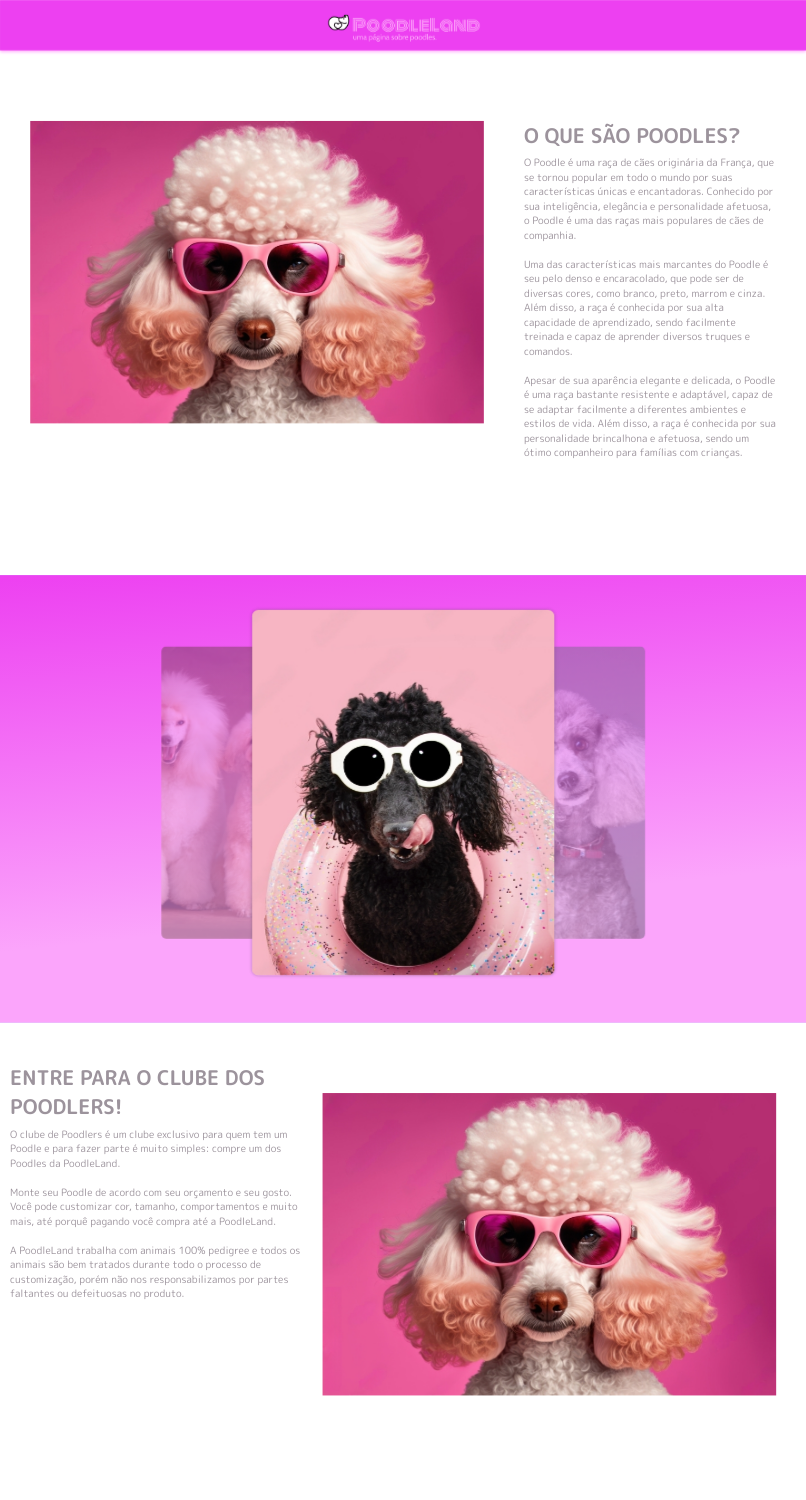
Repository: vinibalt/PoodleLand
Page: poddlelandia.html
An editor plug-in stored every save of this project. The page is shown before and after the next save, followed by the edit.
The browser window is 1280 px wide. The pictures show the whole page, at 63% of full size.

Above is the page before, as saved 2023-05-12 22:09:49.

### poddlelandia.html
<!DOCTYPE html>
<html lang="en">

<head>
    <meta charset="UTF-8">
    <meta http-equiv="X-UA-Compatible" content="IE=edge">
    <meta name="viewport" content="width=device-width, initial-scale=1.0">
    <link rel="stylesheet" href="./assets/css/styles.css">
    <title> PoodleLand </title>
</head>

<body>
    <header class="header">
        <div class="content">
            <img src="./assets/img/logo-poodleland.png" alt="" height="60px">
        </div>
    </header>

    <section class="section-one row">
        <div class="img-one">
            <img src="./assets/img/poddle-lindo.jpeg" alt="" height="480px">
        </div>

        <div class="text-one">
            <h1>O QUE SÃO POODLES?</h1>
            <p>
                O Poodle é uma raça de cães originária da França, que se tornou popular em todo o mundo por suas
                características únicas e encantadoras. Conhecido por sua inteligência, elegância e personalidade
                afetuosa, o Poodle é uma das raças mais populares de cães de companhia. <br><br>
                Uma das características mais marcantes do Poodle é seu pelo denso e encaracolado, que pode ser de
                diversas cores, como branco, preto, marrom e cinza. Além disso, a raça é conhecida por sua alta
                capacidade de aprendizado, sendo facilmente treinada e capaz de aprender diversos truques e comandos.
                <br><br>
                Apesar de sua aparência elegante e delicada, o Poodle é uma raça bastante resistente e adaptável, capaz
                de se adaptar facilmente a diferentes ambientes e estilos de vida. Além disso, a raça é conhecida por
                sua personalidade brincalhona e afetuosa, sendo um ótimo companheiro para famílias com crianças.
                <br><br>

            </p>
        </div>
    </section>

    <section class="section-carousel">

        <div class="container">
            <input type="radio" name="slider" id="item-1" checked>
            <input type="radio" name="slider" id="item-2">
            <input type="radio" name="slider" id="item-3">
          <div class="cards">
            <label class="card" for="item-1" id="song-1">
              <img class="img-carousel" src="./assets/img/poodle-praiano.jpeg" alt="song">
            </label>
            <label class="card" for="item-2" id="song-2">
              <img class="img-carousel" src="./assets/img/poodle-cinza-transformed.jpeg" alt="song">
            </label>
            <label class="card" for="item-3" id="song-3">
              <img class="img-carousel" src="./assets/img/poodle-varias-cores-transformed.jpeg" alt="song">
            </label>
          </div>
        </div>

    </section>

    <section class="section-two row">
        <div class="text-two">
            <h1>ENTRE PARA O CLUBE DOS POODLERS!</h1>
            <p>
                O clube de Poodlers é um clube exclusivo para quem tem um Poodle e para fazer parte é muito simples:
                compre um dos Poodles da PoodleLand. <br><br>
                Monte seu Poodle de acordo com seu orçamento e seu gosto. Você pode customizar cor, tamanho, comportamentos
                e muito mais, até porquê pagando você compra até a PoodleLand.
                <br><br>
                A PoodleLand trabalha com animais 100% pedigree e todos os animais são bem tratados durante todo o processo
                de customização, porém não nos responsabilizamos por partes faltantes ou defeituosas no produto.
                <br><br>

            </p>
        </div>

        <div class="img-two">
            <img src="./assets/img/poddle-lindo.jpeg" alt="" height="480px">
        </div>
    </section>

    <footer>

    </footer>
</body>

</html>

### assets/css/styles.css
@import url('https://fonts.googleapis.com/css2?family=Heebo:wght@300;400;500;600;700;800;900&display=swap');
@import url('https://fonts.googleapis.com/css2?family=M+PLUS+Rounded+1c:wght@100;300;400;500;700;800;900&display=swap');
/* font-family: 'Heebo', sans-serif; */

* {
    padding: 0;
    margin: 0;

    font-family: 'M PLUS Rounded 1c', sans-serif;
}

body {
    scroll-behavior: smooth;
}

.header {
    height: 80px;
    position: sticky;
    top: 0;
    background-color: #ed40f1;
    box-shadow: 0px 3px 5px 0px rgba(255,171,252,1);

    justify-content: center;
    align-items: center;
    text-align: center;

    z-index: 2;
}

.content img {
    padding-top: 1rem;
    border-radius: .5rem;

    border-radius: 8px;
}

.section-one, .section-two {
    height: auto;
    padding-top: 4rem;

    padding: 4rem 1rem 8rem 1rem;
    color: #9c939c;
}

.img-one, .text-one, .img-two{
    padding: 3rem 2rem 2rem;
}

.text-one {

}

.text-one > h1 {
 font-size: 32px;
 font-weight: 700;

 padding-bottom: .5rem;
}

.text-two > h1 {
    font-size: 32px;
    font-weight: 700;

    padding-bottom: .5rem;
   }

.text-one > p {
    font-size: 16px;
    font-weight: 400;
}

.text-two > p {
    font-size: 16px;
    font-weight: 400;
}

.text-two {

}

.section-carousel {
    height: 650px;
    /* background-color: #fba5fb; */
    background: rgb(237,64,241);
    background: linear-gradient(174deg, rgba(237,64,241,1) 0%, rgba(251,165,251,1) 71%);
}








.row {
    display: flex;
    flex-direction: row;
}

.column {
    display: flex;
    flex-direction: column;
}







@import url("https://fonts.googleapis.com/css?family=DM+Sans:400,500,700&display=swap");



.section-carousel {
  display: flex;
  align-items: center;
  justify-content: center;
  padding: 30px 10px;
  font-family: 'DM Sans', sans-serif;
  transition: background .4s ease-in;
  background-color: #c394f8;

  &.blue {
    background-color: #428aa6;
  }
}

input[type=radio] {
  display: none;
}

.card {
  position: absolute;
  width: 60%;
  height: 100%;
  left: 0;
  right: 0;
  margin: auto;
  transition: transform .4s ease;
  cursor: pointer;
}

.container {
  width: 100%;
  max-width: 800px;
  max-height: 600px;
  height: 100%;
  transform-style: preserve-3d;
  display: flex;
  justify-content: center;
  flex-direction: column;
  align-items: center;
}

.cards {
  position: relative;
  width: 100%;
  height: 100%;
  margin-bottom: 20px;

  z-index: 1;
}

.img-carousel {
  width: 100%;
  height: 100%;
  border-radius: 10px;
  object-fit: cover;
}

#item-1:checked ~ .cards #song-3, #item-2:checked ~ .cards #song-1, #item-3:checked ~ .cards #song-2 {
  transform: translatex(-40%) scale(.8);
  opacity: .4;
  z-index: 0;
}

#item-1:checked ~ .cards #song-2, #item-2:checked ~ .cards #song-3, #item-3:checked ~ .cards #song-1 {
  transform: translatex(40%) scale(.8);
  opacity: .4;
  z-index: 0;
}

#item-1:checked ~ .cards #song-1, #item-2:checked ~ .cards #song-2, #item-3:checked ~ .cards #song-3 {
  transform: translatex(0) scale(1);
  opacity: 1;
  z-index: 1;

  img {
    box-shadow: 0px 0px 5px 0px rgba(81, 81, 81, 0.47);
  }
}

.player {
  background-color: #fff;
  border-radius: 8px;
  min-width: 320px;
  padding: 16px 10px;
}

.upper-part {
  position: relative;
  display: flex;
  align-items: center;
  margin-bottom: 12px;
  height: 36px;
  overflow: hidden;
}

.play-icon{ margin-right: 10px; }

.song-info {
  width: calc(100% - 32px);
  display: block;
}

.song-info .title {
  color: #403d40;
  font-size: 14px;
  line-height: 24px;
}

.sub-line {
  display: flex;
  justify-content: space-between;
  width: 100%;
}

.subtitle, .time {
  font-size: 12px;
  line-height: 16px;
  color: #c6c5c6;
}

.time {
  font-size: 12px;
  line-height: 16px;
  color: #a5a5a5;
  font-weight: 500;
  margin-left: auto;
}

.progress-bar {
  height: 3px;
  width: 100%;
  background-color: #e9efff;
  border-radius: 2px;
  overflow: hidden;
}

.progress {
  display: block;
  position: relative;
  width: 60%;
  height: 100%;
  background-color: #2992dc;
  border-radius: 6px;
}

.info-area {
  width: 100%;
  position: absolute;
  top: 0;
  left: 30px;
  transition: transform .4s ease-in;
}

#item-2:checked ~ .player #test {
  transform: translateY(0);
}

#item-2:checked ~ .player #test  {
  transform: translateY(-40px);
}

#item-3:checked ~ .player #test  {
  transform: translateY(-80px);
}

After the next save:
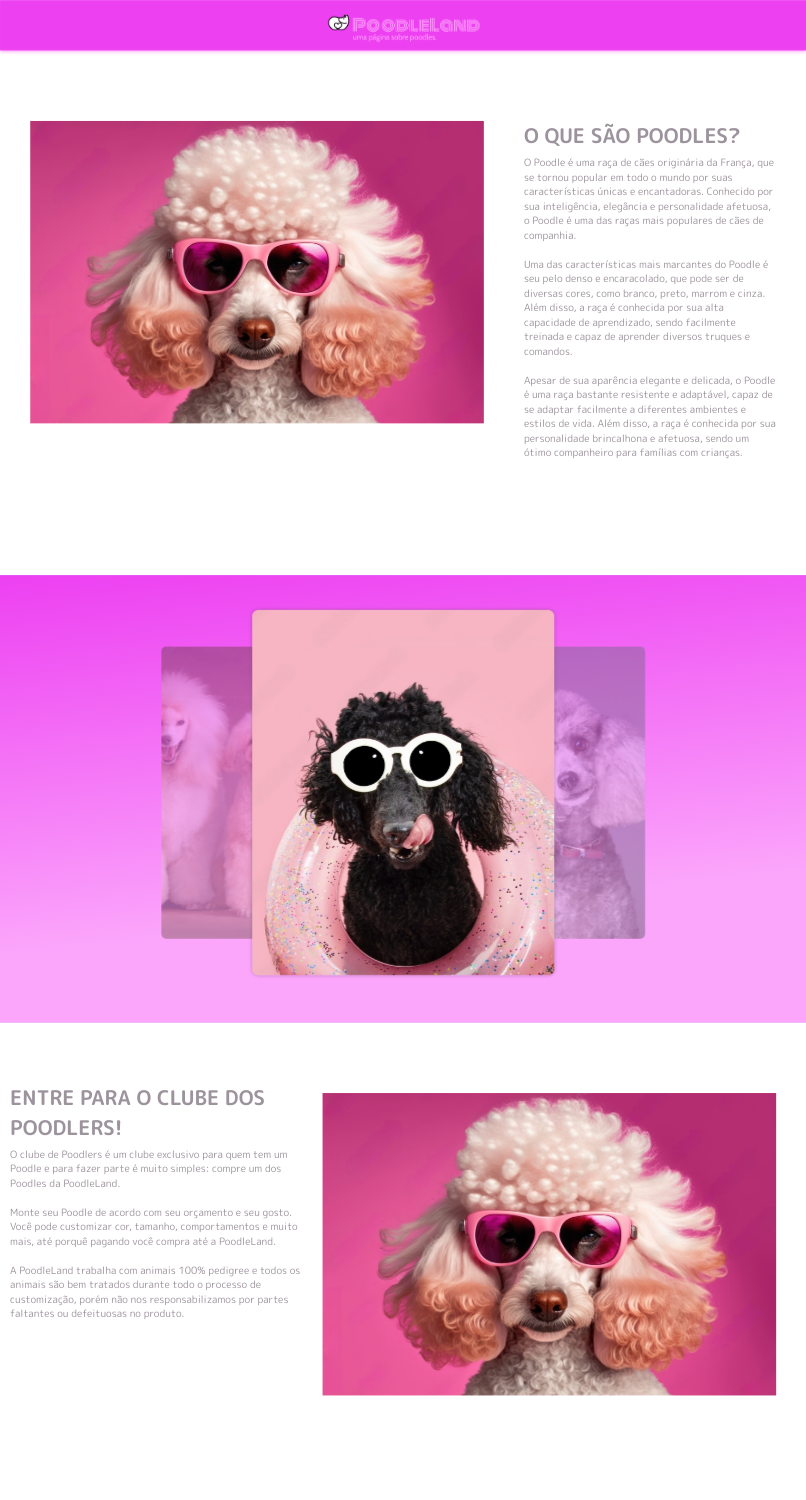
Saved 10 s later.
--- a/assets/css/styles.css
+++ b/assets/css/styles.css
@@ -75,7 +75,7 @@ body {
 }
 
 .text-two {
-
+   padding-top: 2rem;
 }
 
 .section-carousel {
